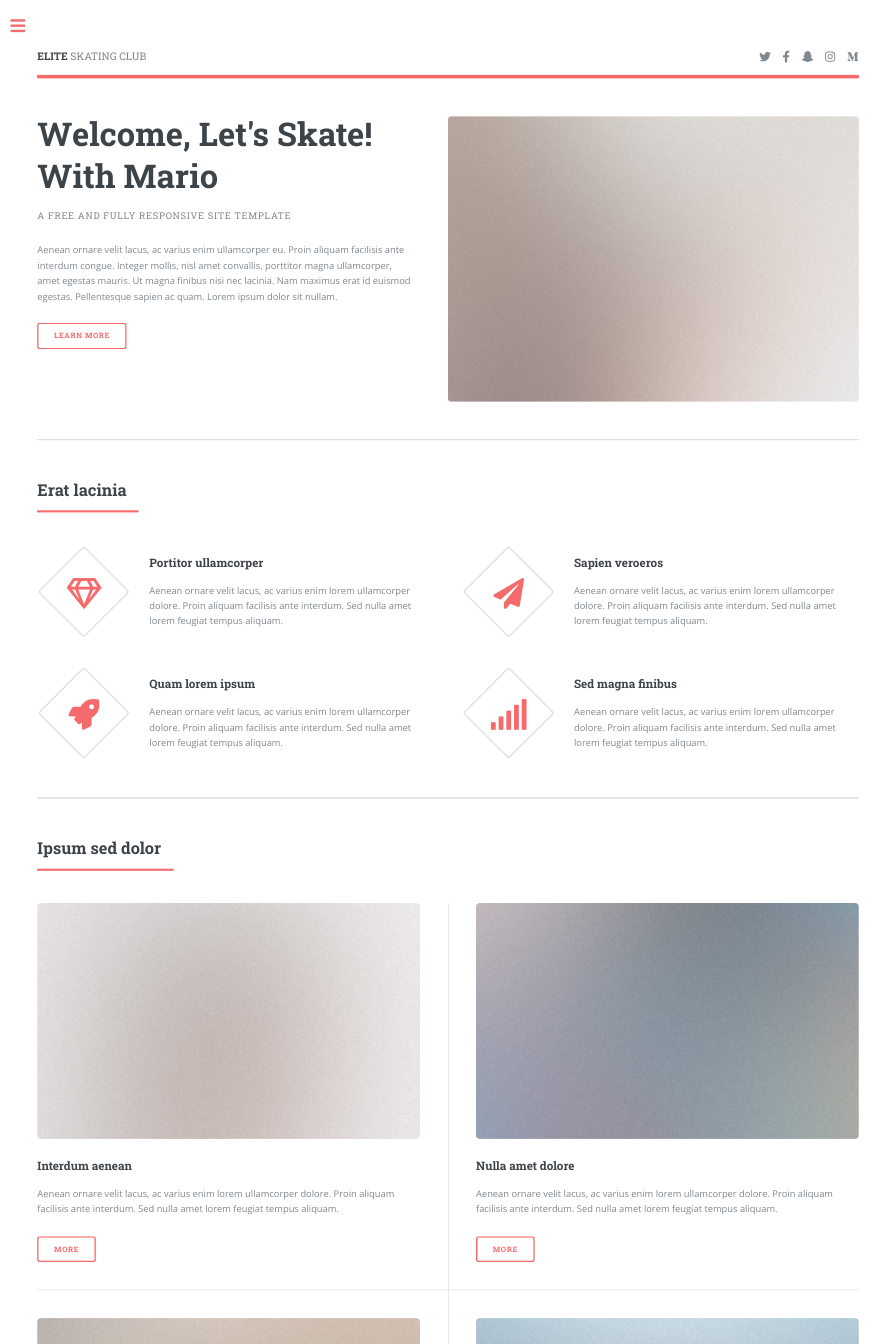
Repository: rachel648/New_Elite
Page: index.html
An editor plug-in stored every save of this project. The page is shown before and after the next save, followed by the edit.
The browser window is 1280 px wide. The pictures show the part of the page from y = 0 to 1920 px (the page is 3043 px tall before and 3230 px after), at 70% of full size.

Above is the page before, as saved 2024-09-20 13:17:26.

### index.html
<!DOCTYPE HTML>
<html>
	<head>
		<title>ELITE SKATES</title>
		<meta charset="utf-8" />
		<meta name="viewport" content="width=device-width, initial-scale=1, user-scalable=no" />
		<link rel="stylesheet" href="assets/css/main.css" />
	</head>
	<body class="is-preload">

		<!-- Wrapper -->
			<div id="wrapper">

				<!-- Main -->
					<div id="main">
						<div class="inner">

							<!-- Header -->
								<header id="header">
									<a href="index.html" class="logo"><strong>ELITE </strong>SKATING CLUB</a>
									<ul class="icons">
										<li><a href="#" class="icon brands fa-twitter"><span class="label">Twitter</span></a></li>
										<li><a href="#" class="icon brands fa-facebook-f"><span class="label">Facebook</span></a></li>
										<li><a href="#" class="icon brands fa-snapchat-ghost"><span class="label">Snapchat</span></a></li>
										<li><a href="#" class="icon brands fa-instagram"><span class="label">Instagram</span></a></li>
										<li><a href="#" class="icon brands fa-medium-m"><span class="label">Medium</span></a></li>
									</ul>
								</header>

							<!-- Banner -->
								<section id="banner">
									<div class="content">
										<header>
											<h1>Welcome, Let's Skate!<br />
											With Mario</h1>
											<p>A free and fully responsive site template</p>
										</header>
										<p>Aenean ornare velit lacus, ac varius enim ullamcorper eu. Proin aliquam facilisis ante interdum congue. Integer mollis, nisl amet convallis, porttitor magna ullamcorper, amet egestas mauris. Ut magna finibus nisi nec lacinia. Nam maximus erat id euismod egestas. Pellentesque sapien ac quam. Lorem ipsum dolor sit nullam.</p>
										<ul class="actions">
											<li><a href="#" class="button big">Learn More</a></li>
										</ul>
									</div>
									<span class="image object">
										<img src="images/pic10.jpg" alt="" />
									</span>
								</section>

							<!-- Section -->
								<section>
									<header class="major">
										<h2>Erat lacinia</h2>
									</header>
									<div class="features">
										<article>
											<span class="icon fa-gem"></span>
											<div class="content">
												<h3>Portitor ullamcorper</h3>
												<p>Aenean ornare velit lacus, ac varius enim lorem ullamcorper dolore. Proin aliquam facilisis ante interdum. Sed nulla amet lorem feugiat tempus aliquam.</p>
											</div>
										</article>
										<article>
											<span class="icon solid fa-paper-plane"></span>
											<div class="content">
												<h3>Sapien veroeros</h3>
												<p>Aenean ornare velit lacus, ac varius enim lorem ullamcorper dolore. Proin aliquam facilisis ante interdum. Sed nulla amet lorem feugiat tempus aliquam.</p>
											</div>
										</article>
										<article>
											<span class="icon solid fa-rocket"></span>
											<div class="content">
												<h3>Quam lorem ipsum</h3>
												<p>Aenean ornare velit lacus, ac varius enim lorem ullamcorper dolore. Proin aliquam facilisis ante interdum. Sed nulla amet lorem feugiat tempus aliquam.</p>
											</div>
										</article>
										<article>
											<span class="icon solid fa-signal"></span>
											<div class="content">
												<h3>Sed magna finibus</h3>
												<p>Aenean ornare velit lacus, ac varius enim lorem ullamcorper dolore. Proin aliquam facilisis ante interdum. Sed nulla amet lorem feugiat tempus aliquam.</p>
											</div>
										</article>
									</div>
								</section>

							<!-- Section -->
								<section>
									<header class="major">
										<h2>Ipsum sed dolor</h2>
									</header>
									<div class="posts">
										<article>
											<a href="#" class="image"><img src="images/pic01.jpg" alt="" /></a>
											<h3>Interdum aenean</h3>
											<p>Aenean ornare velit lacus, ac varius enim lorem ullamcorper dolore. Proin aliquam facilisis ante interdum. Sed nulla amet lorem feugiat tempus aliquam.</p>
											<ul class="actions">
												<li><a href="#" class="button">More</a></li>
											</ul>
										</article>
										<article>
											<a href="#" class="image"><img src="images/pic02.jpg" alt="" /></a>
											<h3>Nulla amet dolore</h3>
											<p>Aenean ornare velit lacus, ac varius enim lorem ullamcorper dolore. Proin aliquam facilisis ante interdum. Sed nulla amet lorem feugiat tempus aliquam.</p>
											<ul class="actions">
												<li><a href="#" class="button">More</a></li>
											</ul>
										</article>
										<article>
											<a href="#" class="image"><img src="images/pic03.jpg" alt="" /></a>
											<h3>Tempus ullamcorper</h3>
											<p>Aenean ornare velit lacus, ac varius enim lorem ullamcorper dolore. Proin aliquam facilisis ante interdum. Sed nulla amet lorem feugiat tempus aliquam.</p>
											<ul class="actions">
												<li><a href="#" class="button">More</a></li>
											</ul>
										</article>
										<article>
											<a href="#" class="image"><img src="images/pic04.jpg" alt="" /></a>
											<h3>Sed etiam facilis</h3>
											<p>Aenean ornare velit lacus, ac varius enim lorem ullamcorper dolore. Proin aliquam facilisis ante interdum. Sed nulla amet lorem feugiat tempus aliquam.</p>
											<ul class="actions">
												<li><a href="#" class="button">More</a></li>
											</ul>
										</article>
										<article>
											<a href="#" class="image"><img src="images/pic05.jpg" alt="" /></a>
											<h3>Feugiat lorem aenean</h3>
											<p>Aenean ornare velit lacus, ac varius enim lorem ullamcorper dolore. Proin aliquam facilisis ante interdum. Sed nulla amet lorem feugiat tempus aliquam.</p>
											<ul class="actions">
												<li><a href="#" class="button">More</a></li>
											</ul>
										</article>
										<article>
											<a href="#" class="image"><img src="images/pic06.jpg" alt="" /></a>
											<h3>Amet varius aliquam</h3>
											<p>Aenean ornare velit lacus, ac varius enim lorem ullamcorper dolore. Proin aliquam facilisis ante interdum. Sed nulla amet lorem feugiat tempus aliquam.</p>
											<ul class="actions">
												<li><a href="#" class="button">More</a></li>
											</ul>
										</article>
									</div>
								</section>

						</div>
					</div>

				<!-- Sidebar -->
					<div id="sidebar">
						<div class="inner">

							<!-- Search -->
								<section id="search" class="alt">
									<form method="post" action="#">
										<input type="text" name="query" id="query" placeholder="Search" />
									</form>
								</section>

							<!-- Menu -->
								<nav id="menu">
									<header class="major">
										<h2>Menu</h2>
									</header>
									<ul>
										<li><a href="index.html">Homepage</a></li>
										<li><a href="generic.html">Generic</a></li>
										<li><a href="elements.html">Elements</a></li>
										<li>
											<span class="opener">Submenu</span>
											<ul>
												<li><a href="#">Lorem Dolor</a></li>
												<li><a href="#">Ipsum Adipiscing</a></li>
												<li><a href="#">Tempus Magna</a></li>
												<li><a href="#">Feugiat Veroeros</a></li>
											</ul>
										</li>
										<li><a href="#">Etiam Dolore</a></li>
										<li><a href="#">Adipiscing</a></li>
										<li>
											<span class="opener">Another Submenu</span>
											<ul>
												<li><a href="#">Lorem Dolor</a></li>
												<li><a href="#">Ipsum Adipiscing</a></li>
												<li><a href="#">Tempus Magna</a></li>
												<li><a href="#">Feugiat Veroeros</a></li>
											</ul>
										</li>
										<li><a href="#">Maximus Erat</a></li>
										<li><a href="#">Sapien Mauris</a></li>
										<li><a href="#">Amet Lacinia</a></li>
									</ul>
								</nav>

							<!-- Section -->
								<section>
									<header class="major">
										<h2>Ante interdum</h2>
									</header>
									<div class="mini-posts">
										<article>
											<a href="#" class="image"><img src="images/pic07.jpg" alt="" /></a>
											<p>Aenean ornare velit lacus, ac varius enim lorem ullamcorper dolore aliquam.</p>
										</article>
										<article>
											<a href="#" class="image"><img src="images/pic08.jpg" alt="" /></a>
											<p>Aenean ornare velit lacus, ac varius enim lorem ullamcorper dolore aliquam.</p>
										</article>
										<article>
											<a href="#" class="image"><img src="images/pic09.jpg" alt="" /></a>
											<p>Aenean ornare velit lacus, ac varius enim lorem ullamcorper dolore aliquam.</p>
										</article>
									</div>
									<ul class="actions">
										<li><a href="#" class="button">More</a></li>
									</ul>
								</section>

							<!-- Section -->
								<section>
									<header class="major">
										<h2>Get in touch</h2>
									</header>
									<p>Sed varius enim lorem ullamcorper dolore aliquam aenean ornare velit lacus, ac varius enim lorem ullamcorper dolore. Proin sed aliquam facilisis ante interdum. Sed nulla amet lorem feugiat tempus aliquam.</p>
									<ul class="contact">
										<li class="icon solid fa-envelope"><a href="#">information@untitled.tld</a></li>
										<li class="icon solid fa-phone">(000) 000-0000</li>
										<li class="icon solid fa-home">1234 Somewhere Road #8254<br />
										Nashville, TN 00000-0000</li>
									</ul>
								</section>

							<!-- Footer -->
								<footer id="footer">
									<p class="copyright">&copy; Untitled. All rights reserved. Demo Images: <a href="https://unsplash.com">Unsplash</a>. Design: <a href="https://html5up.net">HTML5 UP</a>.</p>
								</footer>

						</div>
					</div>

			</div>

		<!-- Scripts -->
			<script src="assets/js/jquery.min.js"></script>
			<script src="assets/js/browser.min.js"></script>
			<script src="assets/js/breakpoints.min.js"></script>
			<script src="assets/js/util.js"></script>
			<script src="assets/js/main.js"></script>

	</body>
</html>

Loaded but not shown: assets/css/fontawesome-all.min.css (library); assets/js/jquery.min.js (library); assets/js/browser.min.js (common file); assets/js/breakpoints.min.js (common file); assets/js/util.js (587 lines, source omitted); assets/js/main.js (262 lines, source omitted); assets/css/main.css (2273 lines, source omitted)

After the next save:
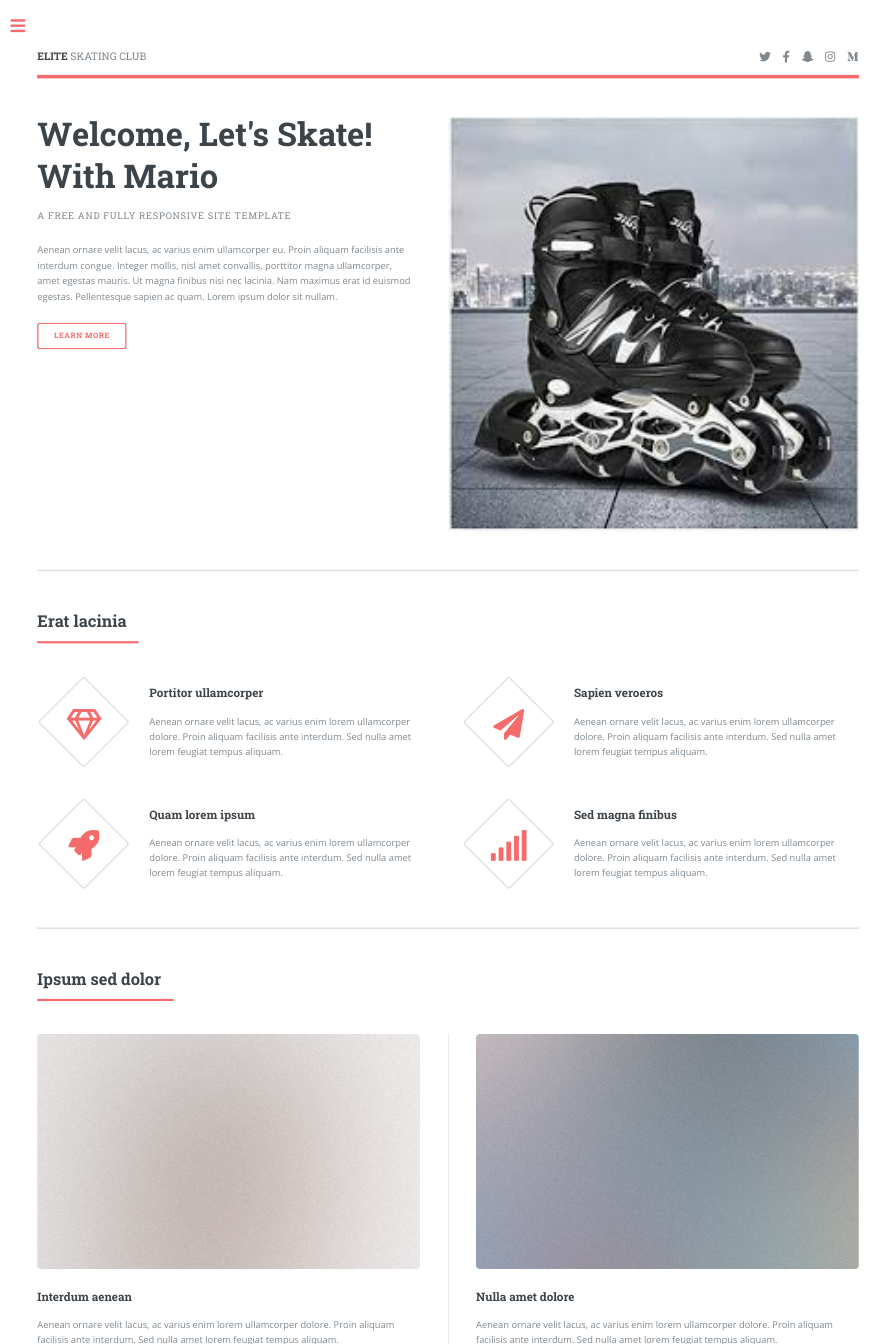
Saved 13 min 16 s later.
--- a/index.html
+++ b/index.html
@@ -41,7 +41,7 @@
 										</ul>
 									</div>
 									<span class="image object">
-										<img src="images/pic10.jpg" alt="" />
+										<img src="images/skateone.jpg" alt="" />
 									</span>
 								</section>
 
